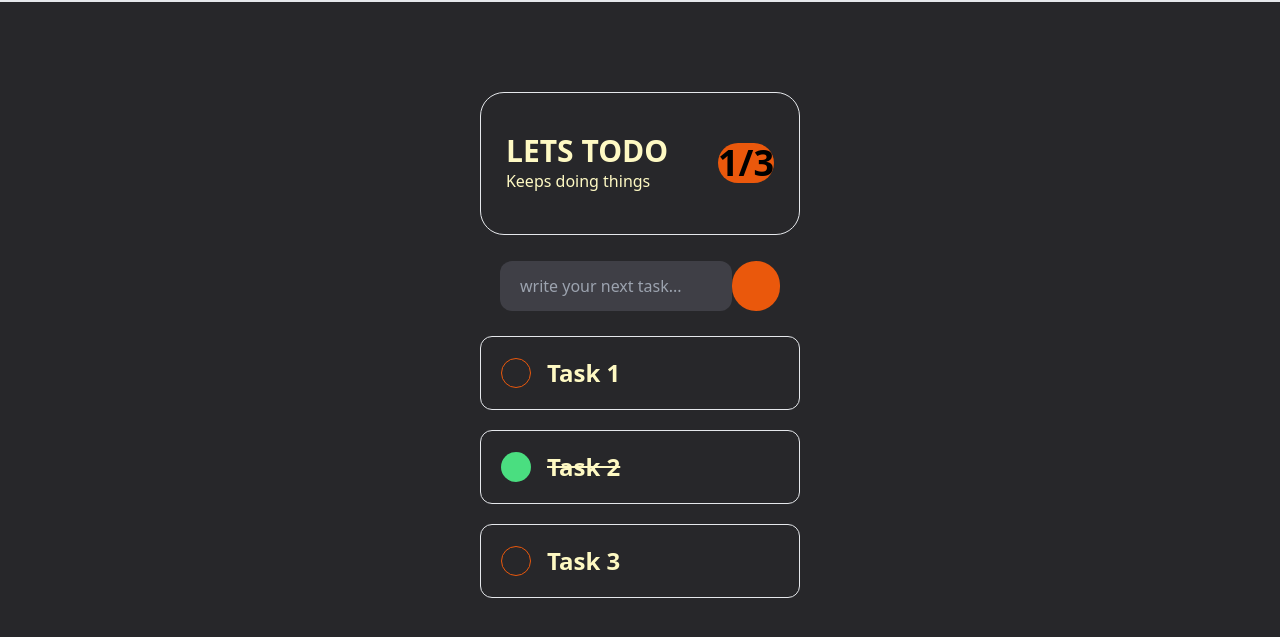
Repository: krayush1109/ToDo_List-React
Page: /
These files come from the project's save history. The page is drawn as it stood at one moment and after the next save; the edit follows.
The browser window is 1280 px wide. The pictures show the whole page.
The project was rebuilt for these pictures with package versions that can differ from the ones it lists, and the page was loaded fresh each time. Also part of the build but not shown: vite.config.js.

Above is the page before, as saved 2024-07-23 00:13:55.

### src/App.jsx
import React from 'react'

import Todo from './Components/Todo';

const App = () => {
  return (
    <>
      <Todo />
    </>
  )
}

export default App

### src/Components/Todo.jsx
import './style_ui.css';
import Todo from './Todo';

const App = () => {
    return (
        <div className="app-container">
            <div className="header-container">
                <div className="header-text">
                    <h1 className="header-title">LETS TODO</h1>
                    <p className="header-subtitle">Keeps doing things</p>
                </div>
                <div className="counter">
                    1/3
                </div>
            </div>
            <form className="form-container">
                <input
                    placeholder="write your next task..."
                    className="task-input"
                    type="text"
                />
                <button className="add-button">
                    <i className="ri-add-fill"></i>
                </button>
            </form>
            <ul className="task-list">
                <li className="task-item">
                    <div className="task-details">
                        <div className="task-status task-status-pending"></div>
                        <h1 className="task-title">
                            Task 1
                        </h1>
                    </div>
                    <div className="task-actions">
                        <i className="ri-file-edit-line"></i>
                        <i className="ri-delete-bin-3-line"></i>
                    </div>
                </li>
                <li className="task-item">
                    <div className="task-details">
                        <div className="task-status task-status-completed"></div>
                        <h1 className="task-title-completed">
                            Task 2
                        </h1>
                    </div>
                    <div className="task-actions">
                        <i className="ri-file-edit-line"></i>
                        <i className="ri-delete-bin-3-line"></i>
                    </div>
                </li>
                <li className="task-item">
                    <div className="task-details">
                        <div className="task-status task-status-pending"></div>
                        <h1 className="task-title">
                            Task 3
                        </h1>
                    </div>
                    <div className="task-actions">
                        <i className="ri-file-edit-line"></i>
                        <i className="ri-delete-bin-3-line"></i>
                    </div>
                </li>
            </ul>
        </div>
    );
};

export default App;

### src/Components/style_ui.css
/* styles.css */

.app-container {
    @apply border-t-2 w-screen h-screen bg-zinc-800 flex items-center flex-col;
}

.header-container {
    @apply mt-[7%] w-[25%] h-[20%] border rounded-3xl flex justify-around items-center;
}

.header-text {
    @apply text-yellow-100;
}

.header-title {
    @apply text-3xl font-bold;
}

.header-subtitle {
    @apply text-yellow-100;
}

.counter {
    @apply text-4xl font-extrabold flex justify-center items-center w-[] h-[] rounded-full bg-orange-600;
}

.form-container {
    @apply w-[25%] flex justify-between px-5 my-[2%];
}

.task-input {
    @apply px-5 py-3 text-yellow-100 outline-none w-[85%] rounded-xl bg-zinc-700;
}

.add-button {
    @apply outline-none text-4xl font-extrabold flex justify-center items-center w-[50px] h-[50px] rounded-full bg-orange-600;
}

.task-list {
    @apply list-none w-[25%];
}

.task-item {
    @apply mb-5 flex justify-between items-center border rounded-xl p-5;
}

.task-details {
    @apply flex items-center;
}

.task-status {
    @apply mr-4 rounded-full w-[30px] h-[30px];
}

.task-title {
    @apply text-2xl font-extrabold text-yellow-100;
}

.task-actions {
    @apply flex gap-3 text-2xl text-yellow-100;
}

.task-title-completed {
    @apply line-through text-2xl font-extrabold text-yellow-100;
}

.task-status-completed {
    @apply mr-4 rounded-full w-[30px] h-[30px] bg-green-400;
}

.task-status-pending {
    @apply mr-4 rounded-full w-[30px] h-[30px] border border-orange-600;
}

Loaded but not shown: index.html (common file); src/main.jsx (common file); src/main.css (common file); tailwind.config.js (common file)

After the next save:
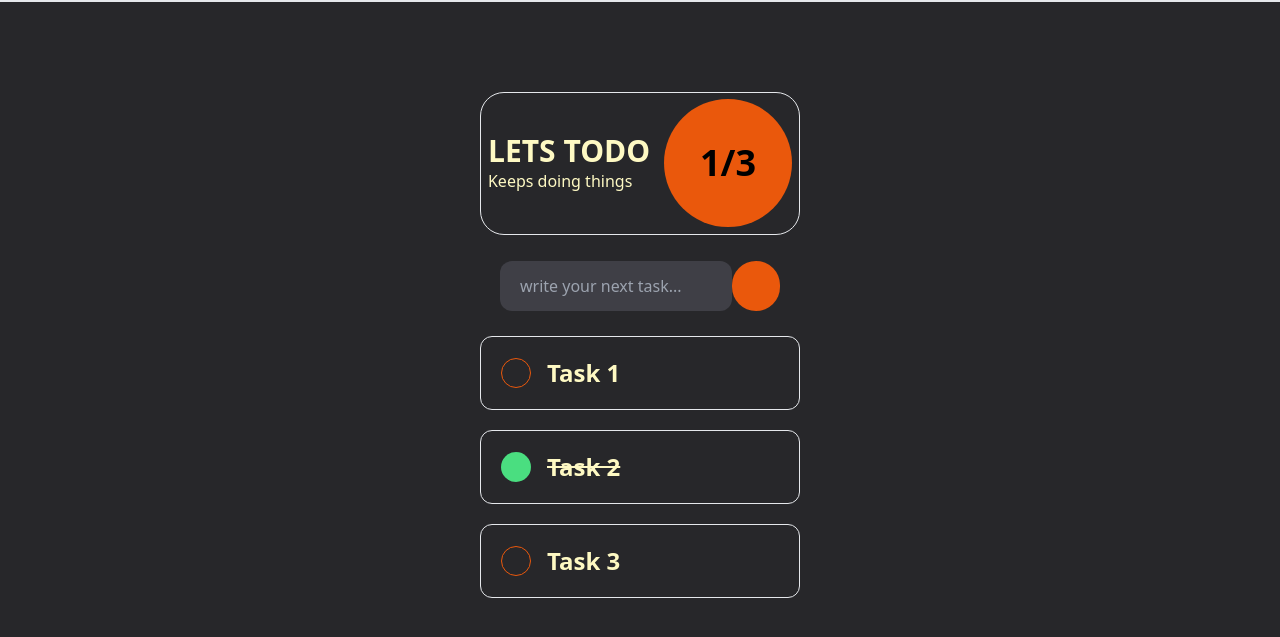
Saved 6 s later.
--- a/src/Components/style_ui.css
+++ b/src/Components/style_ui.css
@@ -21,7 +21,7 @@
 }
 
 .counter {
-    @apply text-4xl font-extrabold flex justify-center items-center w-[] h-[] rounded-full bg-orange-600;
+    @apply text-4xl font-extrabold flex justify-center items-center w-[8rem] h-[8rem] rounded-full bg-orange-600;
 }
 
 .form-container {
